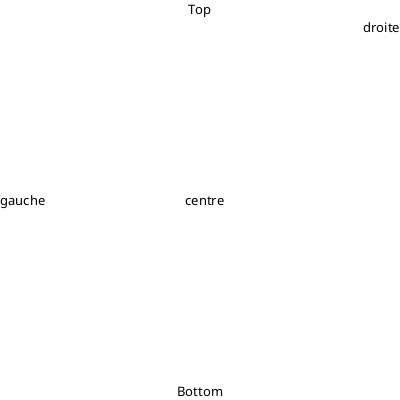
Repository: guehel/Workspace
Program's window: java HelloWorldJavaFx/src/application/Main.java
The author's editor kept a copy of each file at every save. The program's window is drawn from the files as they stood at one save, then again after the next save.
It runs on Java 21 on a 1366 x 768 screen with JavaFX 11; the title bar is not drawn.

Above is the program's window before, as saved 2014-09-25 19:16:52.

After the next save:
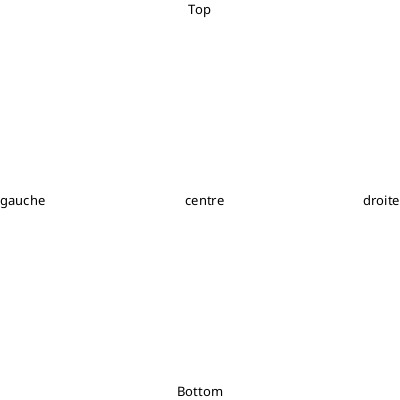
Saved 7 s later.
--- a/HelloWorldJavaFx/src/application/Main.java
+++ b/HelloWorldJavaFx/src/application/Main.java
@@ -27,7 +27,7 @@
 			root.setAlignment(root.getTop(), Pos.CENTER);
 			root.setAlignment(root.getBottom(), Pos.CENTER);
 			root.setAlignment(root.getLeft(), Pos.CENTER);
-			root.setAlignment(root.getCenter(), Pos.CENTER);
+			root.setAlignment(root.getRight(), Pos.CENTER);
 			Scene scene = new Scene(root, 400, 400);
 			primaryStage.setScene(scene);
 			primaryStage.show();
